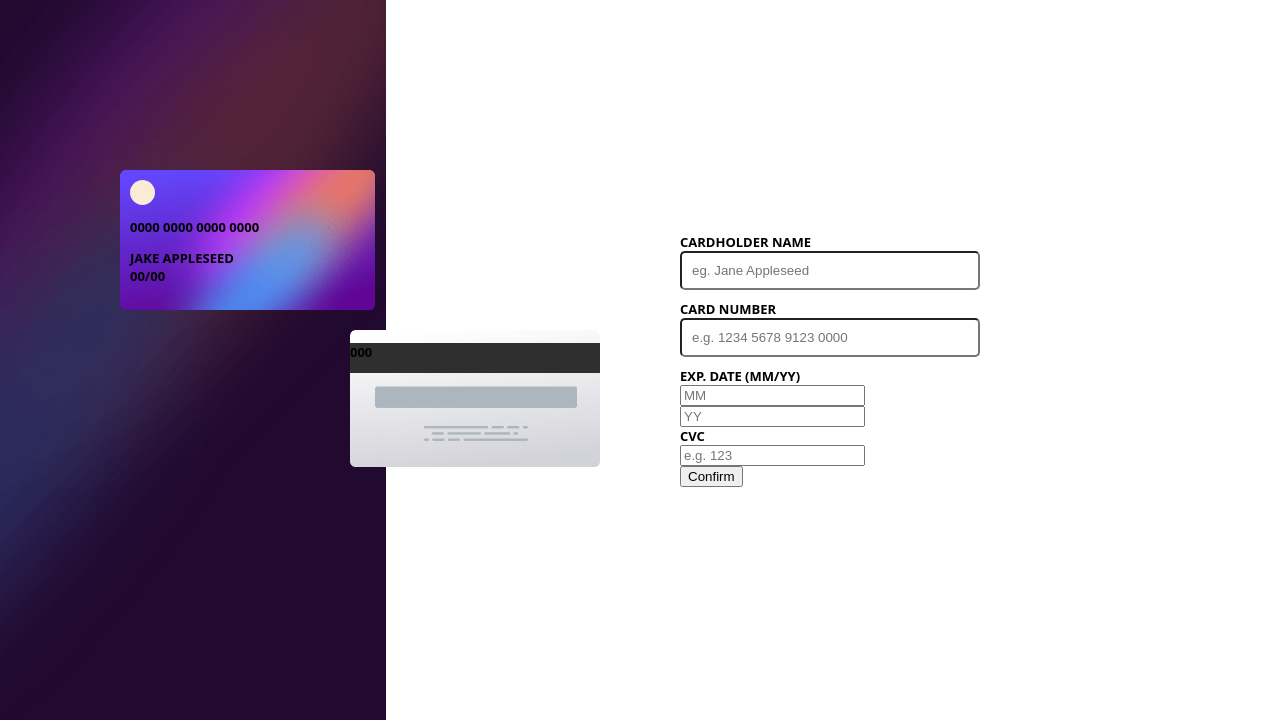
Repository: Celebration-cloud/my-project
Page: interactive-card-details-form-main/index.html
An editor plug-in stored every save of this project. The page is shown before and after a run of saves, followed by the edit.
The browser window is 1280 px wide. The pictures show the whole page.

Above is the page before, as saved 2023-08-23 00:53:57.

After the next 2 saves:
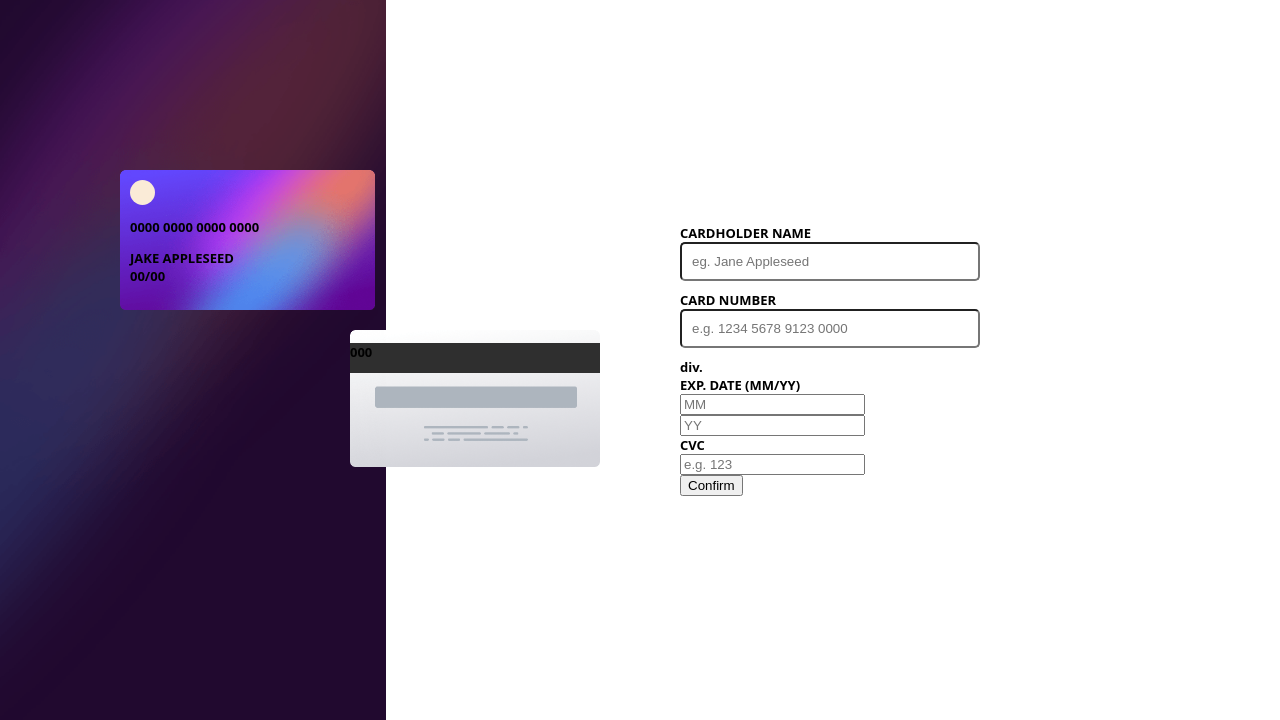
The 2 saves are shown as one change because they came seconds apart.
The last was saved 14 s later.
--- a/interactive-card-details-form-main/index.html
+++ b/interactive-card-details-form-main/index.html
@@ -40,7 +40,7 @@
         <label for="card-number" id="card-number-label">CARD NUMBER</label><br/>
         <input name="card-number" id="card-number-input" type="tel" aria-required="false" placeholder="e.g. 1234 5678 9123 0000" required/><br/>
         <div class="more">
-
+          div.
         </div>
         <label for="expire-date" id="expire-date-label">EXP. DATE (MM/YY)</label><br/>
         <input name="expire-date" id="expire-date" type="tel" aria-required="false" placeholder="MM" required/><br/>

After the 4 saves that followed:
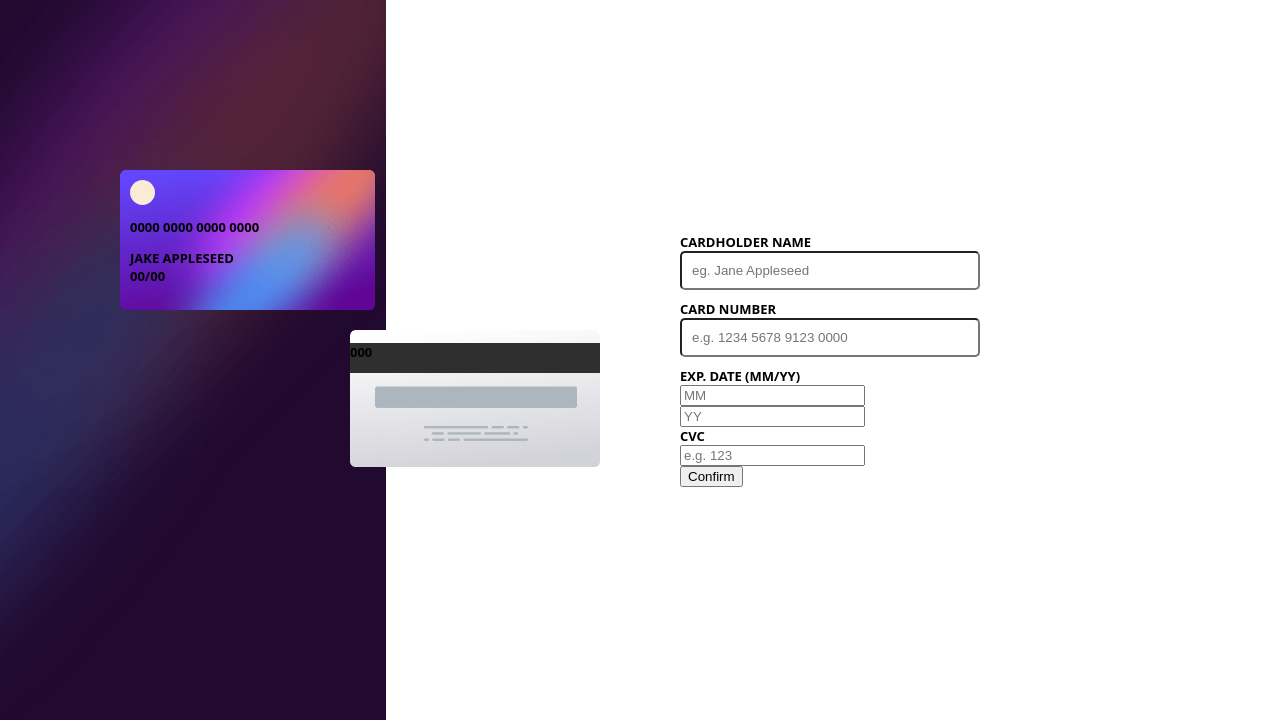
The 4 saves are shown as one change because they came seconds apart.
The last was saved 17 s later.
--- a/interactive-card-details-form-main/index.html
+++ b/interactive-card-details-form-main/index.html
@@ -40,7 +40,9 @@
         <label for="card-number" id="card-number-label">CARD NUMBER</label><br/>
         <input name="card-number" id="card-number-input" type="tel" aria-required="false" placeholder="e.g. 1234 5678 9123 0000" required/><br/>
         <div class="more">
-          div.
+          <div class="date">
+
+          </div>
         </div>
         <label for="expire-date" id="expire-date-label">EXP. DATE (MM/YY)</label><br/>
         <input name="expire-date" id="expire-date" type="tel" aria-required="false" placeholder="MM" required/><br/>
